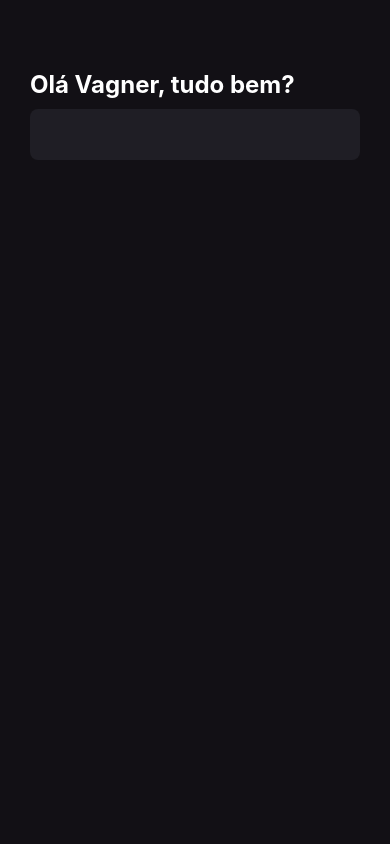
Repository: vagnereix/01-myskills-trilha-react-native
Screen: /
An editor plug-in stored every save of this project. The screen is shown before and after the next save, followed by the edit.
The app was drawn by React Native's web renderer in a window 390 px wide. The project was rebuilt for these pictures with package versions that can differ from the ones it lists, and the page was loaded fresh each time.

Above is the screen before, as saved 2021-06-17 17:22:10.

### App.tsx
import React from 'react';

import { Home } from './pages/home';

export default function App() {
  return (
    <Home />
  );
};

### pages/home.tsx
import React from 'react';
import { View, Text, StyleSheet, TextInput, Platform } from 'react-native';

export function Home() {
    return (
      <View style={styles.container}>
        <Text style={styles.title}>Olá Vagner, tudo bem?</Text>

        <TextInput style={styles.input} />
      </View>
    );
}

const styles = StyleSheet.create({
  container: {
    flex: 1,
    paddingHorizontal: 30,
    paddingVertical: 70,
    backgroundColor: '#121015',
  },
  title: {
    color: '#fff',
    fontWeight: 'bold',
    fontSize: 24,
    marginBottom: 10,
  },
  input: {
    borderRadius: 8,
    backgroundColor: '#1f1e25',
    fontSize: 18,
    padding: Platform.OS == 'android' ? 10 : 15,
  },
});

After the next save:
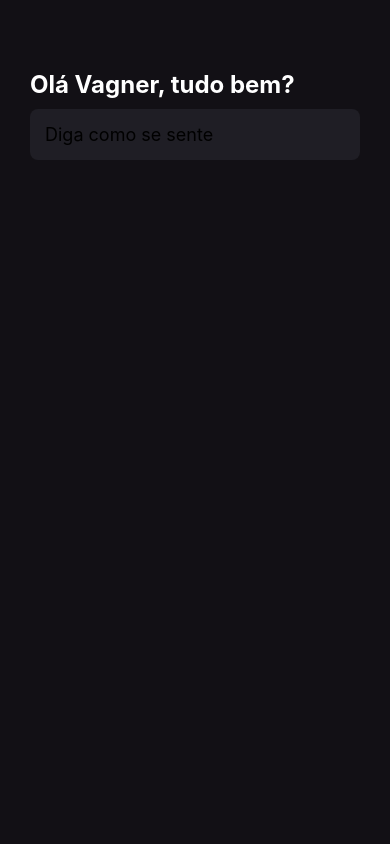
Saved 70 s later.
--- a/pages/home.tsx
+++ b/pages/home.tsx
@@ -6,7 +6,10 @@ export function Home() {
       <View style={styles.container}>
         <Text style={styles.title}>Olá Vagner, tudo bem?</Text>
 
-        <TextInput style={styles.input} />
+        <TextInput
+            style={styles.input}
+            placeholder="Diga como se sente"
+        />
       </View>
     );
 }
